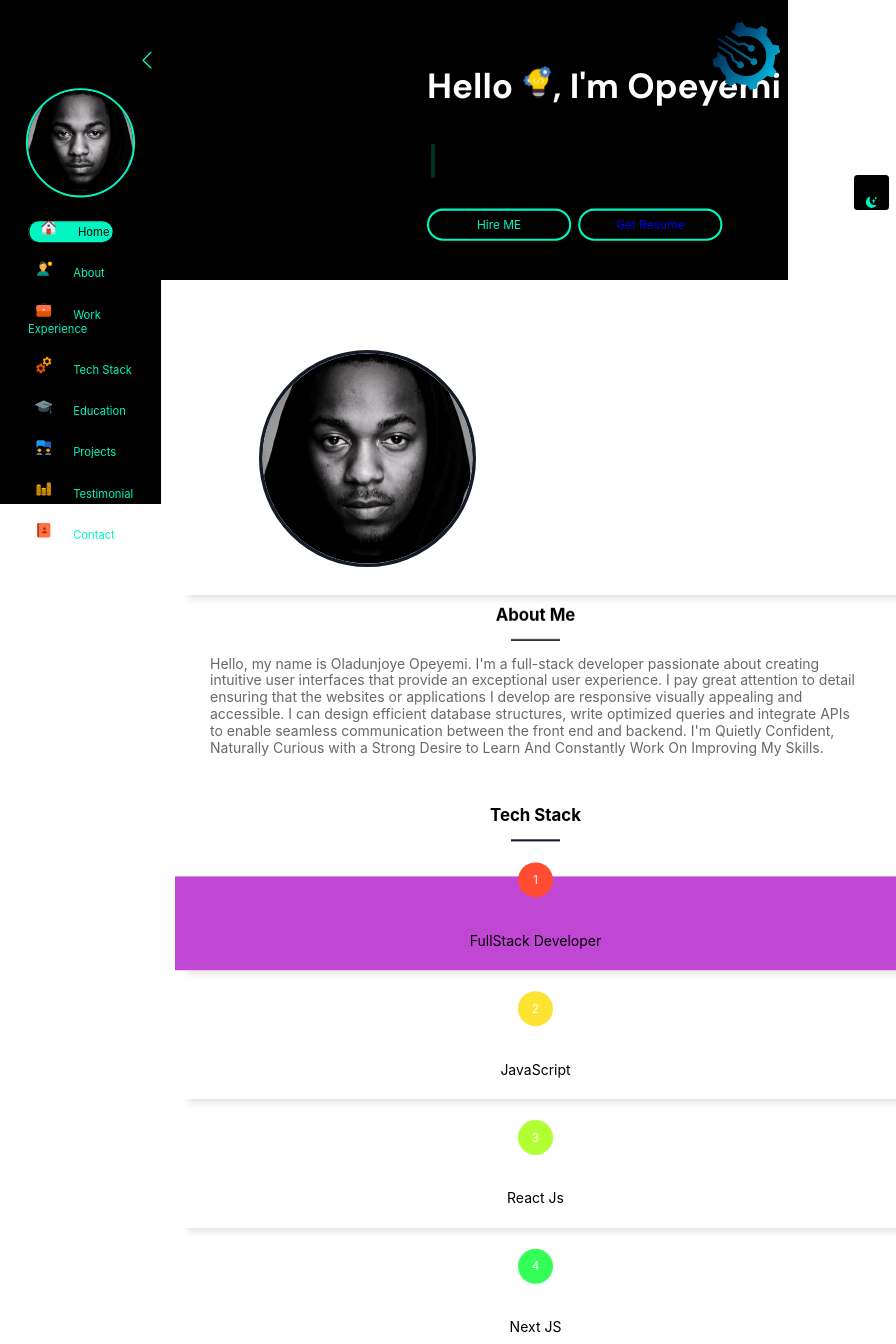
Repository: Laoye99/portfolio
Page: /
These files come from the project's save history. The page is drawn as it stood at one moment and after the next save; the edit follows.
The browser window is 1280 px wide. The pictures show the part of the page from y = 0 to 1920 px (the page is 2977 px tall), at 70% of full size.
The project was rebuilt for these pictures with package versions that can differ from the ones it lists, and the page was loaded fresh each time. Also part of the build but not shown: src/App.css. Imported but missing from the stored project, and not drawn on this page: src/components/Home/MyResume.pdf.

Above is the page before, as saved 2024-02-15 13:35:59.

After the next save:
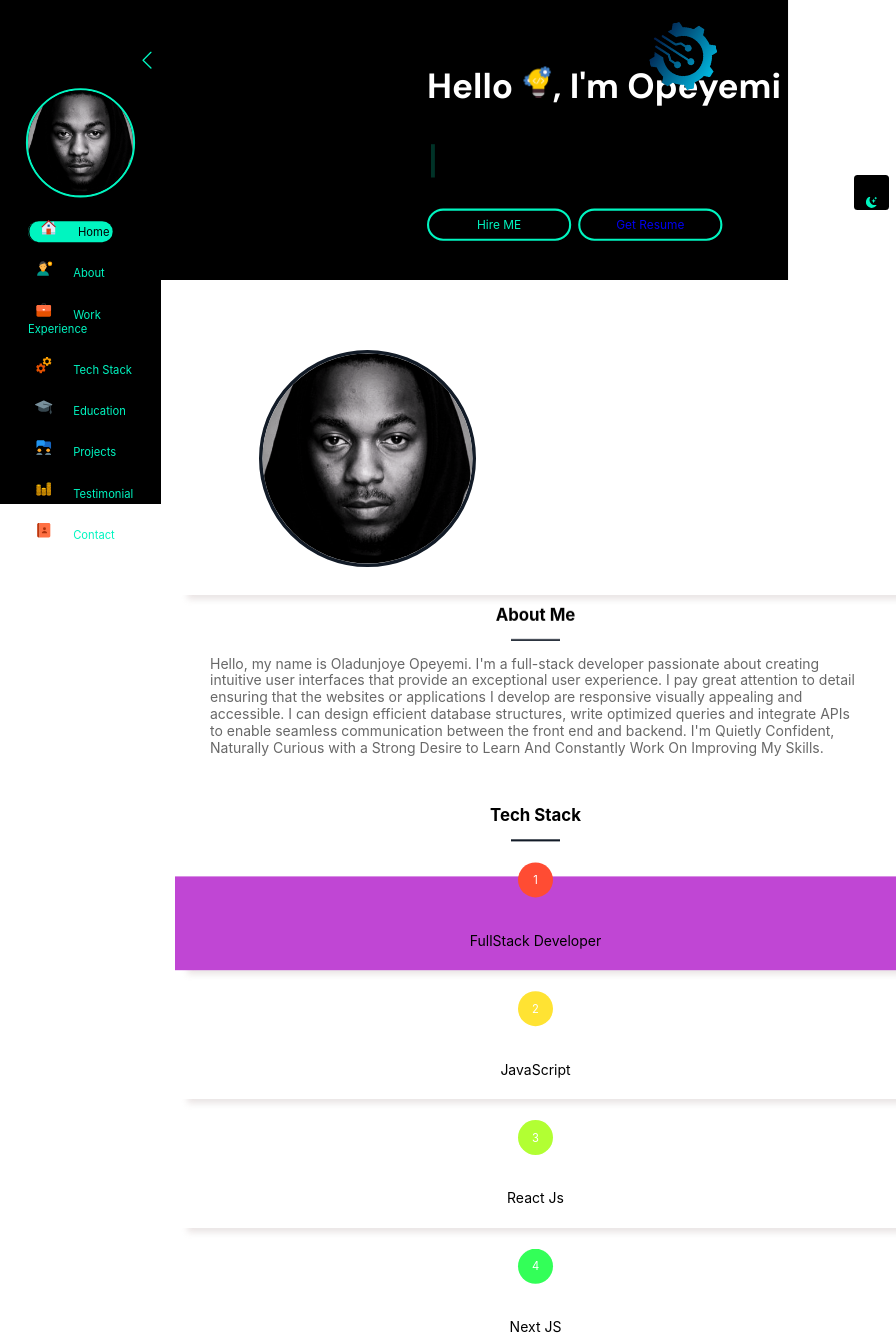
Saved 111 s later.
--- a/src/components/Home/Home.css
+++ b/src/components/Home/Home.css
@@ -84,7 +84,7 @@
 .automation {
   position: absolute;
   top: 0;
-  right: 10px;
+  right: 100px;
   height: 100px;
   animation: rotation infinite 5s linear;
 }
